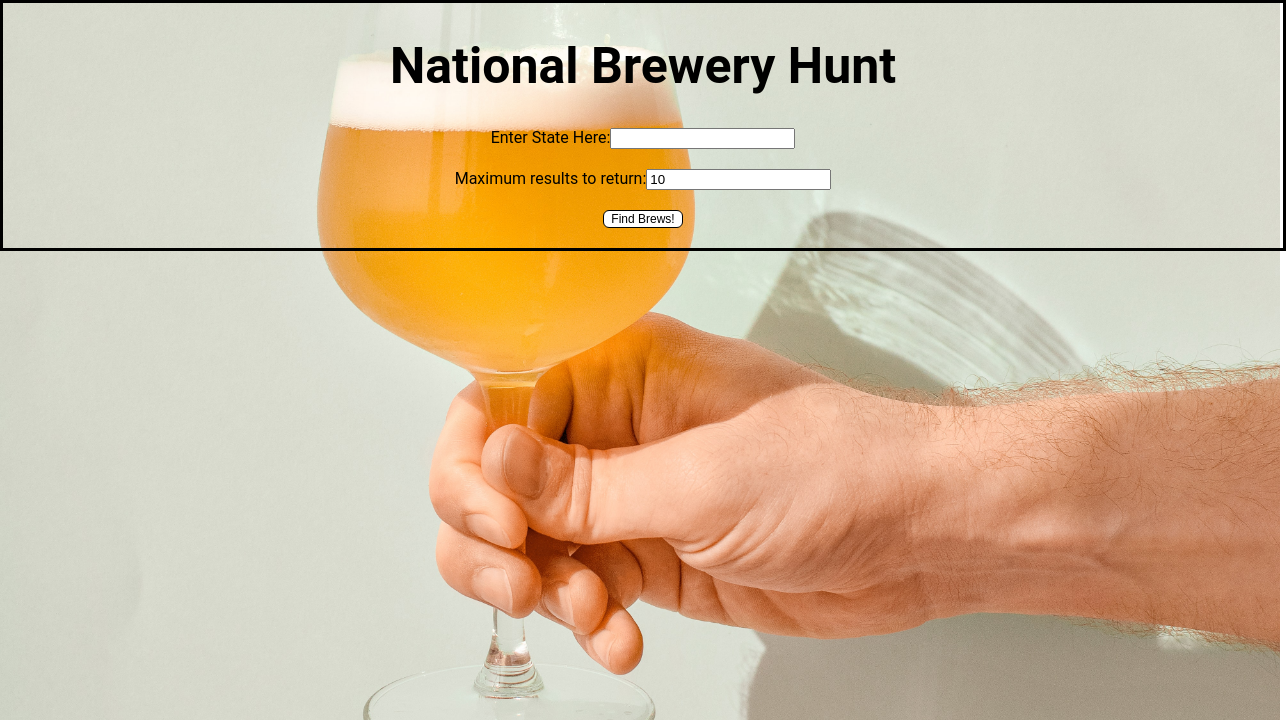
Repository: kaitlynMidori/searchBrews
Page: index.html
The author's editor kept a copy of each file at every save. The page is drawn from the files as they stood at one save, then again after the next save.
The browser window is 1280 px wide. The page is 1286 px wide, so the pictures cover 1286 px, including what lies to the right of the window. The pictures show the whole page.

Above is the page before, as saved 2021-04-24 12:05:37.

After the next save:
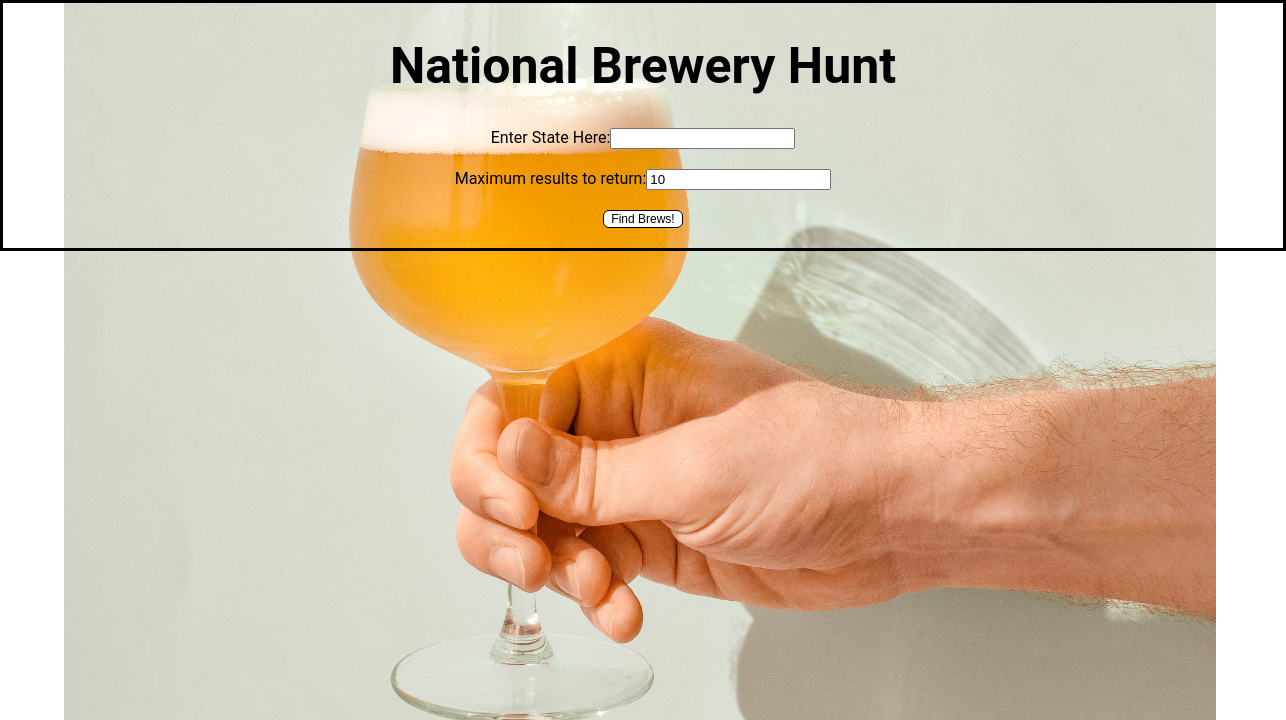
Saved 2 min 28 s later.
--- a/style.css
+++ b/style.css
@@ -5,10 +5,7 @@ body {
     margin: auto;
     /* background: cover; */
     background: url("screenshots/beer.jpg") no-repeat center center fixed;
-    -webkit-background-size: cover;
-  -moz-background-size: cover;
-  -o-background-size: cover;
-  background-size: cover;
+    background-size: 90%;
 
 
     width: 100%;
